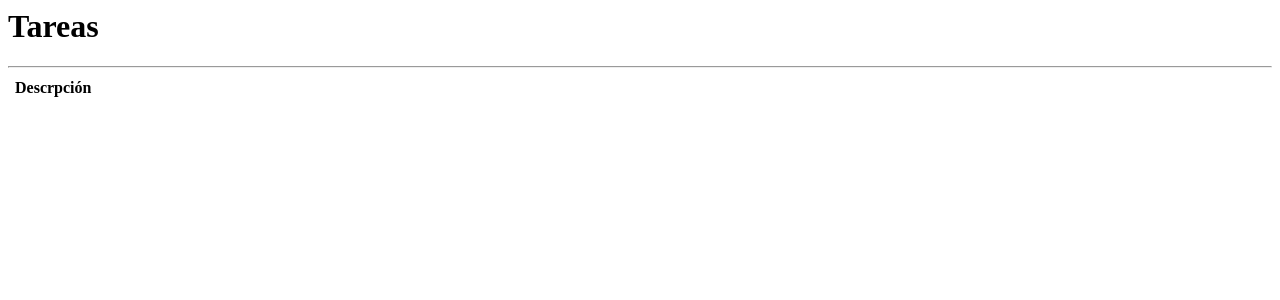
Repository: jhonatan810/waAdministradirdeTareas
Page: AdministradordeTareas/WebContent/paginas/tareas.html
These files come from the project's save history. The page is drawn as it stood at one moment and after the next save; the edit follows.
The browser window is 1280 px wide. The pictures show the whole page.

Above is the page before, as saved 2016-10-28 22:12:46.

### AdministradordeTareas/WebContent/paginas/tareas.html
<h1>Tareas</h1>

<hr>

<div class="table-responsive">
	<table class="table table-hover">
		<head>
			<th></th>
			<th>
				Descrpci&oacute;n
			</th>
		</head>
	</table>
</div>

After the next save:
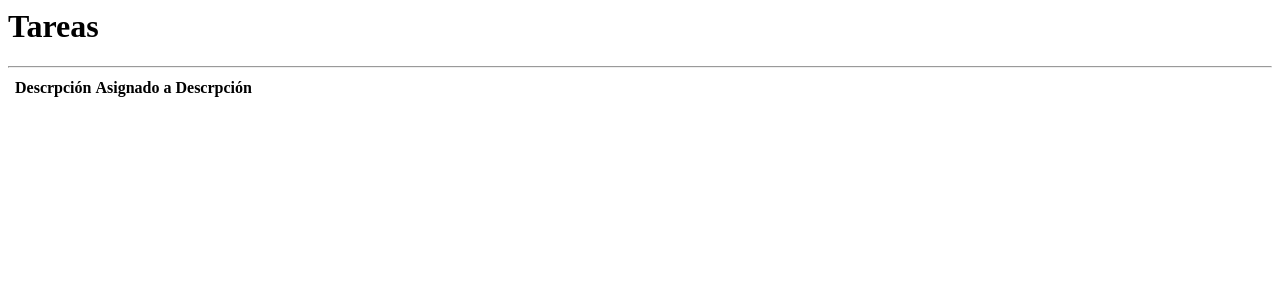
Saved 38 s later.
--- a/AdministradordeTareas/WebContent/paginas/tareas.html
+++ b/AdministradordeTareas/WebContent/paginas/tareas.html
@@ -9,6 +9,13 @@
 			<th>
 				Descrpci&oacute;n
 			</th>
+			<th>
+				Asignado a
+			</th>
+			<th class="text-right">
+				Descrpci&oacute;n
+			</th>
+
 		</head>
 	</table>
 </div>
